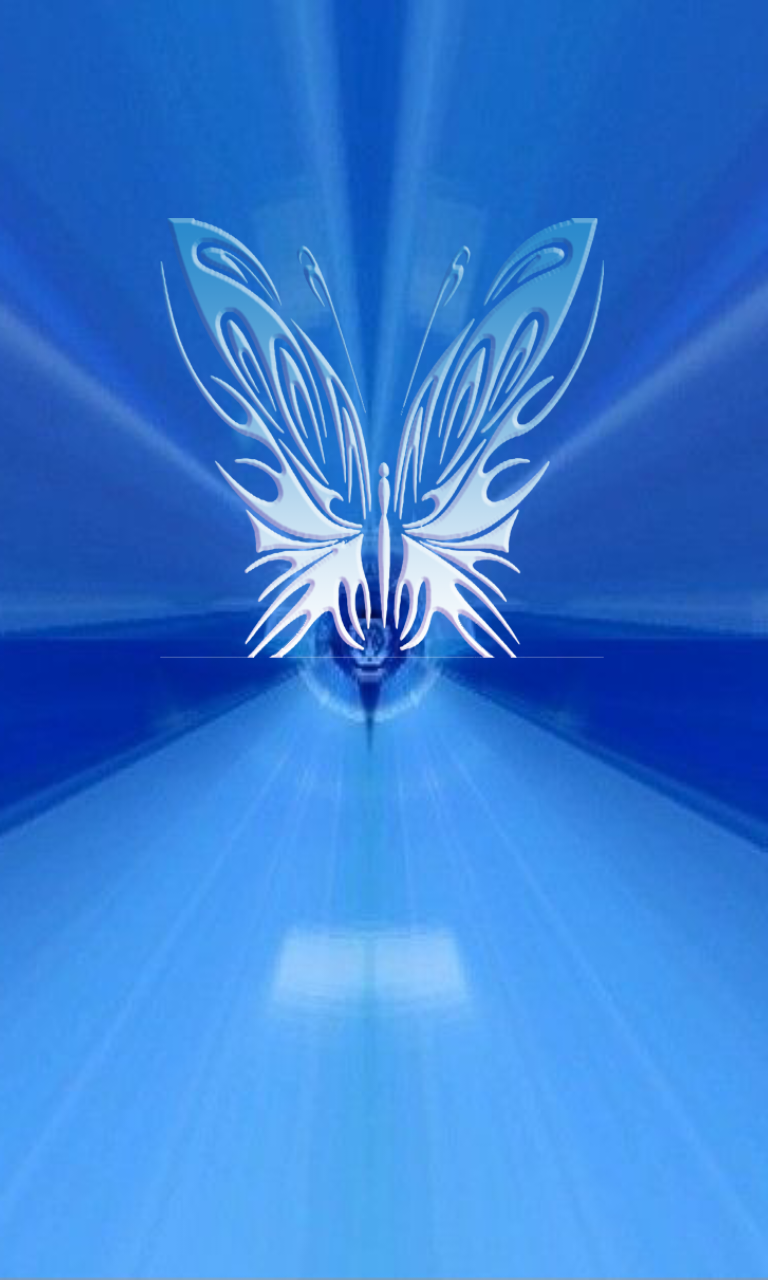
Repository: mimimy/MassagePro
Layout: BLE-Version/MassageTool/res/layout/activity_splash.xml
An editor plug-in stored every save of this project. The layout is shown before and after the next save, followed by the edit.
It is drawn on a 768 x 1280 px phone screen (xhdpi) without system bars, with theme AppTheme; the app's code is not run.

Above is the layout before, as saved 2018-07-24 00:45:03.

### BLE-Version/MassageTool/res/layout/activity_splash.xml
<RelativeLayout xmlns:android="http://schemas.android.com/apk/res/android"
    xmlns:tools="http://schemas.android.com/tools"
    android:id="@+id/rl_root"
    android:layout_width="match_parent"
    android:layout_height="match_parent"
    android:background="@drawable/bgm"
    tools:context="com.example.splash.SplashActivity" >

    <ImageView
        android:id="@+id/imageView1"
        android:layout_width="wrap_content"
        android:layout_height="wrap_content"
        android:layout_alignParentTop="true"
        android:layout_centerHorizontal="true"
        android:layout_margin="80dp"
        android:src="@drawable/butterfly" />

</RelativeLayout>

Loaded but not shown: BLE-Version/MassageTool/res/values/styles.xml (common file); BLE-Version/MassageTool/res/values-v11/styles.xml (common file); BLE-Version/MassageTool/res/values-v14/styles.xml (common file)

After the next save:
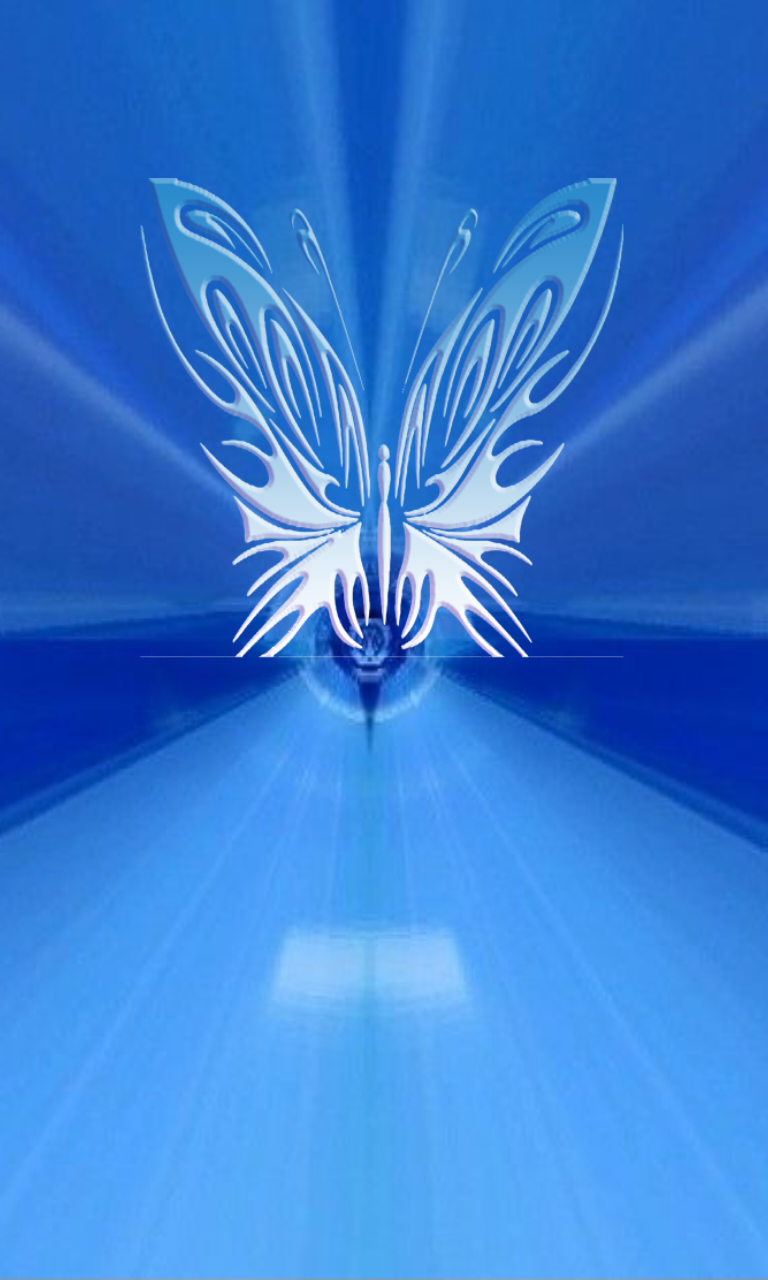
Saved 11 s later.
--- a/BLE-Version/MassageTool/res/layout/activity_splash.xml
+++ b/BLE-Version/MassageTool/res/layout/activity_splash.xml
@@ -11,8 +11,7 @@
         android:layout_width="wrap_content"
         android:layout_height="wrap_content"
         android:layout_alignParentTop="true"
-        android:layout_centerHorizontal="true"
-        android:layout_margin="80dp"
+        android:layout_margin="70dp"
         android:src="@drawable/butterfly" />
 
 </RelativeLayout>
